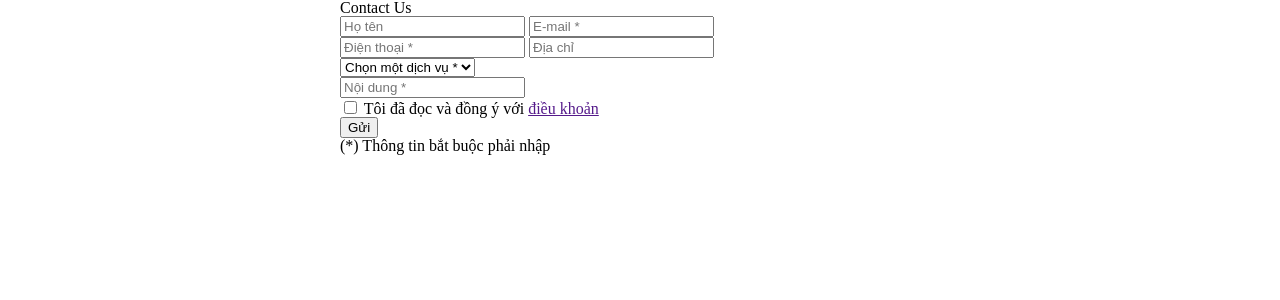
Repository: vanh1604/exercises
Page: baitap/Car/contact.html
The author's editor kept a copy of each file at every save. The page is drawn from the files as they stood at one save, then again after the next save.
The browser window is 1280 px wide. The pictures show the whole page.

Above is the page before, as saved 2023-03-29 17:17:06.

### baitap/Car/contact.html
<!DOCTYPE html>
<html lang="en">
  <head>
    <meta charset="UTF-8" />
    <meta http-equiv="X-UA-Compatible" content="IE=edge" />
    <meta name="viewport" content="width=device-width, initial-scale=1.0" />
    <link rel="stylesheet" href="reset.css" />
    <link rel="stylesheet" href="contact.css" />
    <title>Document</title>
  </head>
  <body>
    <div class="modal" id="modal">
      <div class="container">
        <div class="header">Contact Us</div>
        <div class="box">
          <ul class="content">
            <li class="line row-2">
              <input type="text" placeholder="Họ tên" id="name" />
              <input type="text" placeholder="E-mail *" />
            </li>
            <li class="line row-2">
              <input type="text" placeholder="Điện thoại *" id="phone-number" />
              <input type="text" placeholder="Địa chỉ" />
            </li>
            <li class="line">
              <select name="service" id="service">
                <option value="default">Chọn một dịch vụ *</option>
                <option value=""></option>
                <option value=""></option>
                <option value=""></option>
              </select>
            </li>
            <li class="line">
              <input type="text" placeholder="Nội dung *" id="content" />
            </li>
            <li class="line check-box">
              <input type="checkbox" name="" id="" />
              Tôi đã đọc và đồng ý với <a href="">điều khoản</a>
            </li>
            <li class="line">
              <button id="button">Gửi</button>
            </li>
          </ul>
          <div class="force">(*) Thông tin bắt buộc phải nhập</div>
        </div>
      </div>
    </div>
  </body>
</html>

### baitap/Car/contact.css
.modal{
    margin: 0 auto;
    width: 600px;
}
.container{

    height: ;
}

Loaded but not shown: baitap/Car/reset.css (common file)

After the next save:
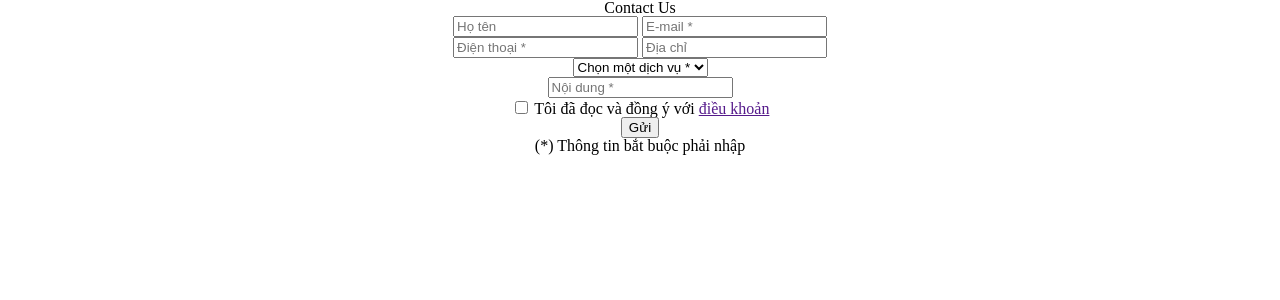
Saved 12 s later.
--- a/baitap/Car/contact.css
+++ b/baitap/Car/contact.css
@@ -4,5 +4,5 @@
 }
 .container{
 
-    height: ;
+   text-align: center;
 }
